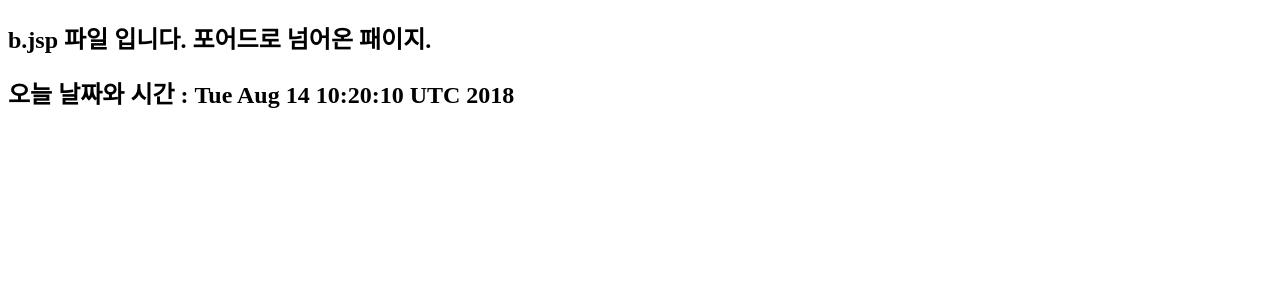
Repository: hodob/JSP_Practice
Page: http://localhost/JSP_WebMarket_JJH/ch04_ex/test.jsp
An editor plug-in stored every save of this project. The page is shown before and after a run of saves, followed by the edit.
The browser window is 1280 px wide. The pictures show the whole page.
The page is served by Tomcat 9.

Above is the page before, as saved 2022-08-09 01:38:47.

After the next 2 saves:
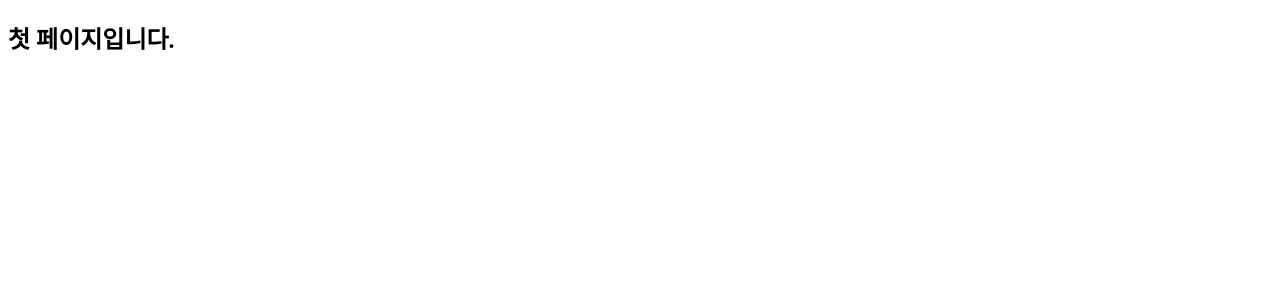
The 2 saves are shown as one change because they came seconds apart.
The last was saved 33 min 50 s later.
--- a/JSP_WebMarket_JJH/WebContent/ch04_ex/test.jsp
+++ b/JSP_WebMarket_JJH/WebContent/ch04_ex/test.jsp
@@ -19,10 +19,16 @@
 		<jsp:param value='<%=java.net.URLEncoder.encode("테스트")%>' name="name" />
 		<jsp:param value='<%=java.net.URLEncoder.encode("aaa@bbb.com")%>' name="email" />
 	</jsp:forward> --%>
-
+<%--
 	<jsp:forward page="b.jsp">
 		<jsp:param value="<%=java.util.Calendar.getInstance().getTime() %>" name="date" />
 
-	</jsp:forward>
+	</jsp:forward>  --%>
+
+	<jsp:useBean id="date" class ="java.util.Date"></jsp:useBean>
+
+
+
+
 </body>
 </html>
